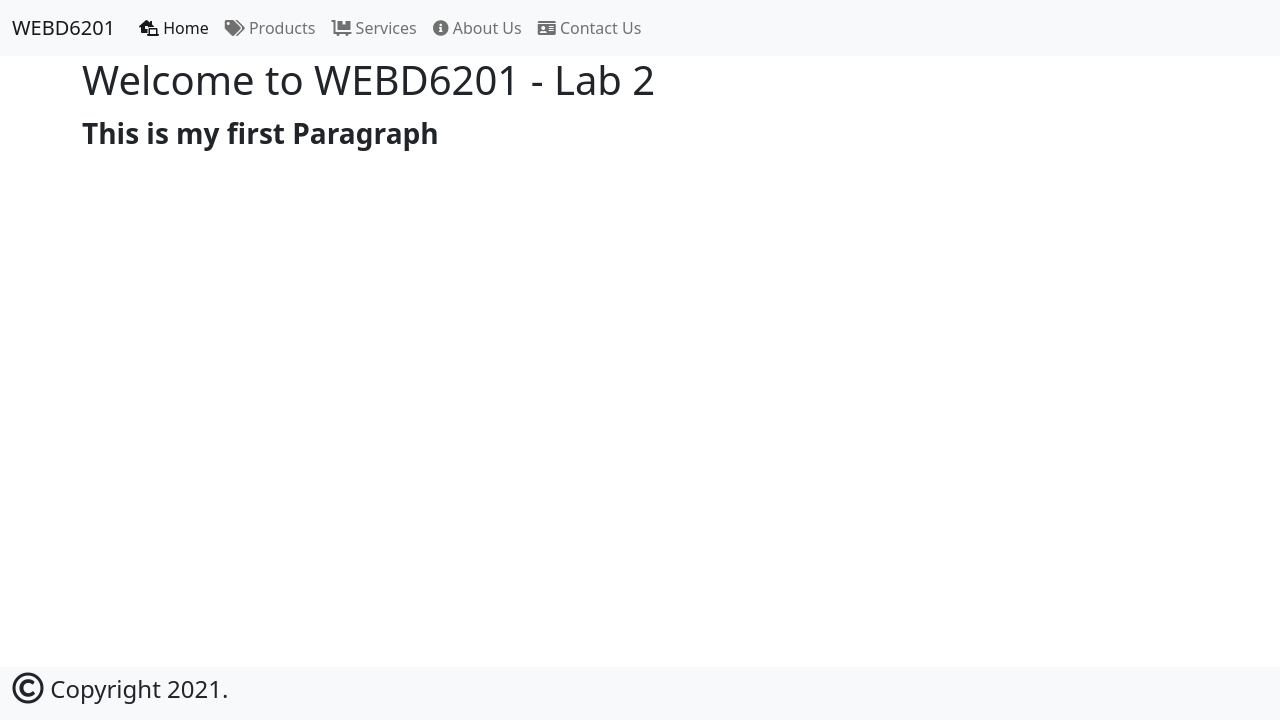
Repository: MuzhdaEhsan/WEBD6201-W2021-Lab1
Page: index.html
These files come from the project's save history. The page is drawn as it stood at one moment and after the next save; the edit follows.
The browser window is 1280 px wide. The pictures show the whole page.

Above is the page before, as saved 2021-02-05 17:39:46.

After the next save:
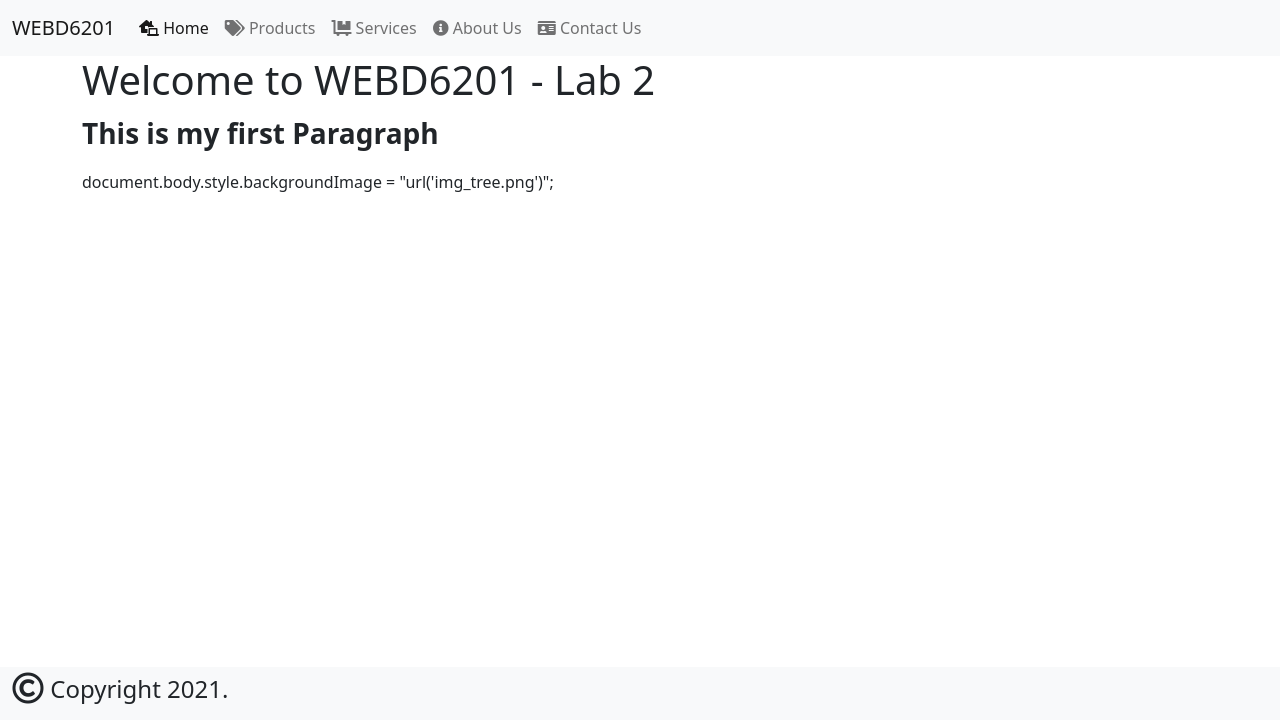
Saved 13 s later.
--- a/Scripts/app.js
+++ b/Scripts/app.js
@@ -77,6 +77,7 @@
 
         mainContent.innerHTML = `<h1 id="firstHeading">Welcome to WEBD6201 - Lab 2</h1>
          <p id="paragraphOne" class="fs-3 fw-bold">This is my first Paragraph</p>
+         document.body.style.backgroundImage = "url('img_tree.png')";
         `;
 
     }

After the save that followed:
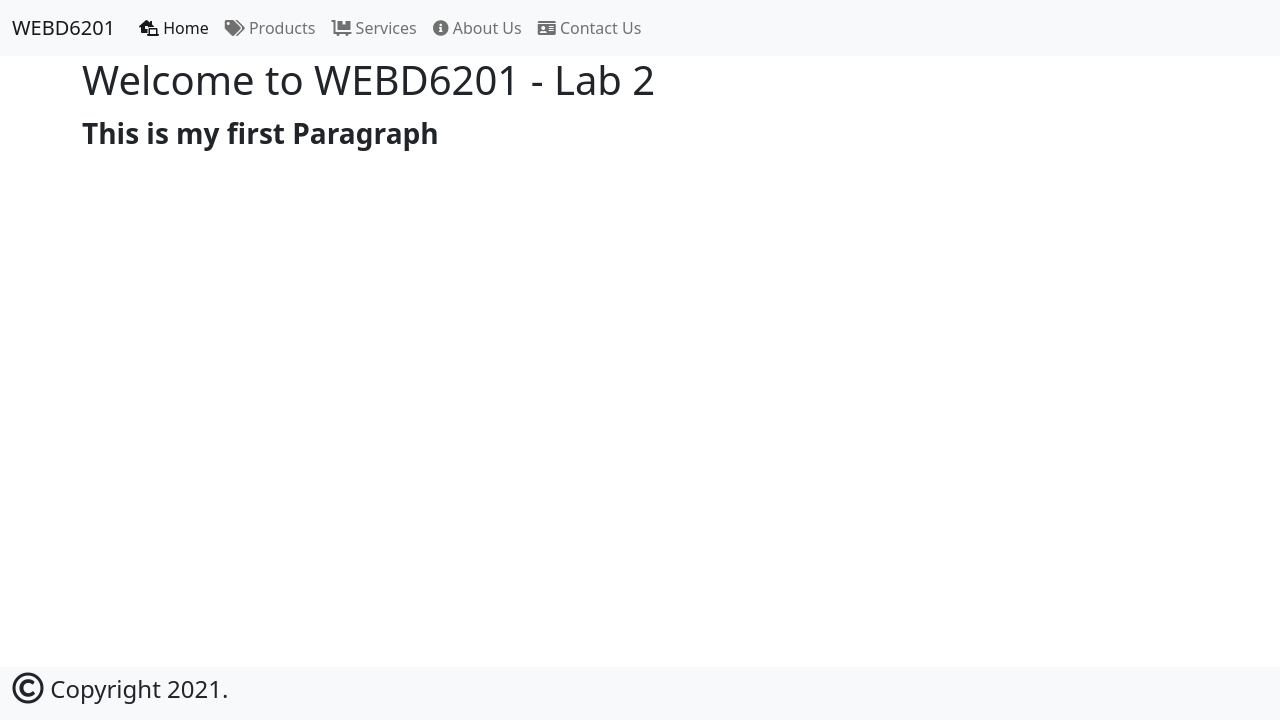
Not found: img_tree.png
Saved 36 s later.
--- a/Scripts/app.js
+++ b/Scripts/app.js
@@ -77,8 +77,9 @@
 
         mainContent.innerHTML = `<h1 id="firstHeading">Welcome to WEBD6201 - Lab 2</h1>
          <p id="paragraphOne" class="fs-3 fw-bold">This is my first Paragraph</p>
-         document.body.style.backgroundImage = "url('img_tree.png')";
+
         `;
+        document.body.style.backgroundImage = "url('img_tree.png')";
 
     }
 
